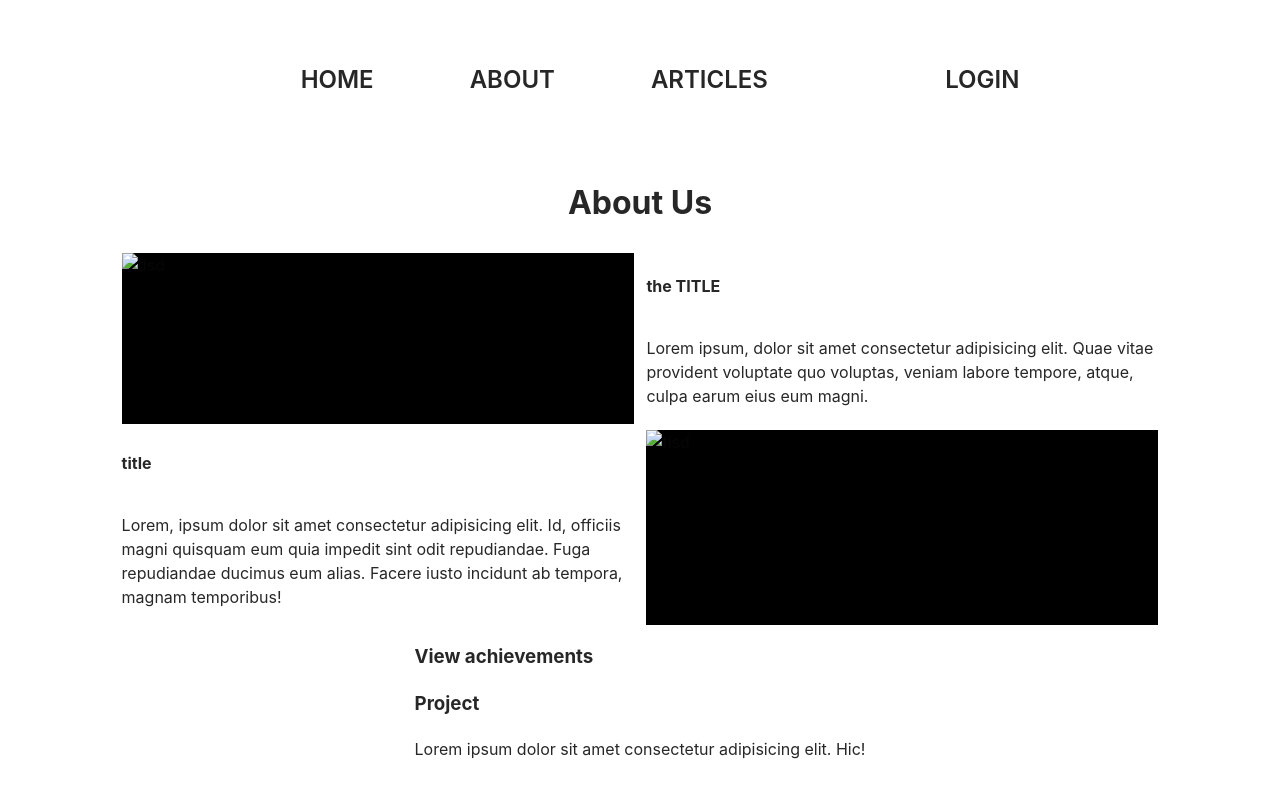
Repository: ValGrace/-static-site
Page: /about (app in client/)
An editor plug-in stored every save of this project. The page is shown before and after the next save, followed by the edit.
The browser window is 1280 px wide. The pictures show the whole page.
The project was rebuilt for these pictures with package versions that can differ from the ones it lists, and the page was loaded fresh each time. Also part of the build but not shown: client/vite.config.js, client/src/Utils/appwrite.js, client/src/Components/Inputs.css, client/src/Components/Login.jsx, client/src/Components/Signup.jsx, client/src/Components/HomeSection.jsx, client/src/Components/TopSection.jsx, client/src/Pages/HomePage.jsx.

Above is the page before, as saved 2023-02-07 13:16:13.

### client/src/main.jsx
import React from 'react'
import ReactDOM from 'react-dom/client'
import App from './App'
import './index.css'
import { BrowserRouter } from 'react-router-dom'
ReactDOM.createRoot(document.getElementById('root')).render(
  <React.StrictMode>
    <BrowserRouter>
    <App />
    </BrowserRouter>
  </React.StrictMode>,
)

### client/src/App.jsx
import PageRouter from './Routing/PageRouter'
import './App.css'

function App() {


  return (
    <div className="App">
      <PageRouter />
    </div>
  )
}

export default App

### client/src/index.css
:root {
  font-family: Inter, system-ui, Avenir, Helvetica, Arial, sans-serif;
  line-height: 1.5;
  font-weight: 400;

  color-scheme: light dark;
  color: rgba(7, 7, 7, 0.87);
  background-color: #ffffff;

  font-synthesis: none;
  text-rendering: optimizeLegibility;
  -webkit-font-smoothing: antialiased;
  -moz-osx-font-smoothing: grayscale;
  -webkit-text-size-adjust: 100%;
}

/* a {
  font-weight: 500;
  color: #646cff;
  text-decoration: inherit;
}
a:hover {
  color: #535bf2;
}

body {
  margin: 0;
  display: flex;
  place-items: center;
  min-width: 320px;
  min-height: 100vh;
}

h1 {
  font-size: 3.2em;
  line-height: 1.1;
}

button {
  border-radius: 8px;
  border: 1px solid transparent;
  padding: 0.6em 1.2em;
  font-size: 1em;
  font-weight: 500;
  font-family: inherit;
  background-color: #1a1a1a;
  cursor: pointer;
  transition: border-color 0.25s;
}
button:hover {
  border-color: #646cff;
}
button:focus,
button:focus-visible {
  outline: 4px auto -webkit-focus-ring-color;
}

@media (prefers-color-scheme: light) {
  :root {
    color: #213547;
    background-color: #ffffff;
  }
  a:hover {
    color: #747bff;
  }
  button {
    background-color: #f9f9f9;
  }
} */

### client/src/Routing/PageRouter.jsx
import Dashboard from "../Pages/Dashboard";
import HomePage from "../Pages/HomePage";
import { Routes, Route} from "react-router-dom"
import AboutPage from "../Pages/aboutPage";
const PageRouter = () => {
    return (
        <Routes>
            <Route path="/" element={<Dashboard />} />
            <Route path="/home" element={<HomePage />} />
            <Route path="/about" element={<AboutPage />} />

        </Routes>
    )
}

export default PageRouter

### client/src/App.css
.App {
  display: flex;
  flex-direction: column;
  justify-content: center;
  align-items: center;
}

### client/src/Pages/Dashboard.jsx
import React, { useReducer} from 'react'
import Login from '../Components/Login'
import Signup from '../Components/Signup'
import "../Components/Inputs.css"
const initialState = {page : <Login />}
function reducer(state, action) {
    switch(action.type) {
        case 'loginpage':
          return { page: <Login />}
        case 'signuppage':
            return { page: <Signup />}
        default:
            return { page: <h2>Loading....</h2>}
    }
}
const Dashboard = () => {
    const [state, dispatch] = useReducer(reducer, initialState)
    return (
        <div className='dashboard'>
         <h2>Static Site Generator</h2>
         <div>Static site Image</div>
         <div className='dash' id='dash'>
            <div className='toggleForms'>
                <button onClick={() => dispatch({type: 'loginpage'})} className="type-btn">Login</button>
                <button onClick={() => dispatch({type: 'signuppage'})} className="type-btn">Signup</button>
                </div>
            <React.Fragment>{state.page}</React.Fragment>

            <button id="auth-btns">Login with Github account</button>
            <button id="auth-btns">Login with Google account</button>
         </div>
       </div>
    )
}

export default Dashboard

### client/src/Pages/aboutPage.jsx
import Navbar from "../Components/Navbar"
import "../Components/InfoPage.css"
const AboutPage = () => {
   return (
    <>
    <Navbar />
    <h2 id="about-page">about us</h2>
    <div className="about-mid">
        <div className="about-info">
        <div className="abt-img">
            <img src="" alt="tisd" />
            </div>
            <div className="abt-pg">
            <h4>the TITLE</h4>
            <p>Lorem ipsum, dolor sit amet consectetur adipisicing elit. Quae vitae provident voluptate quo voluptas, veniam labore tempore, atque, culpa earum eius eum magni.</p>
            </div>
        </div>
        <div className="about-info" id="abt-info">
            <div className="abt-img">
                <img src="" alt="tisd" />
                </div>
            <div className="abt-pg">
            <h4>title</h4>
            <p>Lorem, ipsum dolor sit amet consectetur adipisicing elit. Id, officiis magni quisquam eum quia impedit sint odit repudiandae. Fuga repudiandae ducimus eum alias. Facere iusto incidunt ab tempora, magnam temporibus!</p>
            </div>
        </div>

    </div>
    <div>
        <h3>View achievements</h3>
        <div>
            <h3>Project</h3>
            <p>Lorem ipsum dolor sit amet consectetur adipisicing elit. Hic!</p>
        </div>
    </div>
    </>
   )
}

export default AboutPage

### client/src/Components/Navbar.jsx
import "./Navbar.css"
const Navbar = () => {
    return (
        <nav>
            <ul>
                <li>home</li>
                <li>about</li>
                <li>articles</li>
            </ul>
            <ul>
                <li>Login</li>
            </ul>
        </nav>
    )
}

export default Navbar

### client/src/Components/InfoPage.css
#about-page {
    font-size:2rem;
    text-transform: capitalize;

    width: 80vw;

    text-align: center;
}

.about-mid {
   display: flex;
   gap: 0.4rem;
   flex-wrap: wrap;
   flex-direction: column;
}

.about-info {
    /* width: 25vw; */
    display: flex;
    flex-direction: column;

}

.abt-img {
    background-color: black;
    width: 75vw;

}

@media screen and (min-width: 670px) {
    #abt-info {
        flex-direction: row-reverse;
    }
    .about-info {
        flex-direction: row;
        justify-content: center;
        gap: 0.8em;

    }
    .abt-pg {
        display: flex;
        flex-direction: column;
        width: 40vw;
    }
    .abt-img {
        width: 40vw;
    }
}

### client/src/Components/Navbar.css
nav {
    width: 70vw;
    height: 20vh;
    display: flex;
}

nav > ul{
  display: flex;
  flex-direction: row;
  text-transform: uppercase;
  list-style-type: none;
  justify-content: center;
  align-items: center;
  gap: 4em;
  font-weight: 600;
  font-size: 1.5rem;
  flex-grow: 1;
}

#top-text {
    width: 80vw;
}

#top-text > h2 {
    font-size: 4.5rem;
    text-transform: capitalize;
    margin: 0;
    /* float: left; */
}

#top-text > p {
    float: right;

}

.head-section {
    display: flex;
    width: 80vw;
    gap: 0.5em;
    flex-wrap: wrap;
}

.head-img {
    background-color: rgb(1, 51, 51);
    width: 50%;
    border-radius: 0.9em;
    height: 30vh;
}

.side-section {
    display: flex;
    flex-direction: row;
    gap: 0.3rem;
    width: 40%;
}

.side-img {
    background-color: black;
    width: 5rem;
    height: 4rem;
    border-radius: 50%;
}

.side-blogs > h4, .side-blogs > p {
    margin: 0;
}

.site-descr {
    width: 80vw;
    background-color: rgba(1, 1, 12, 0.979);
    color: rgba(255, 255, 255, 0.767);
    border-radius: 9px;
    margin-top: 0.9rem;
    display: flex;
    /* gap: 0.4rem; */
    padding: 0.4rem;
    height: 25vh;
    margin-bottom: 3em;
}

.site-descr > p {
    width: 75%;
}
.site-sep {
    width: 0.1rem;
    height: 90%;
    background-color: azure;
    margin-right: 0.7rem;
}


.value-section {
   width: 80vw;
    display: flex;
    gap: 0.3rem;
    flex-wrap: wrap;
}

.single-value {
    border: 0.9px solid rgba(0, 0, 0, 0.87);
    padding: 0.8em;
    width: 20rem;
}

Loaded but not shown: client/index.html (common file)

After the next save:
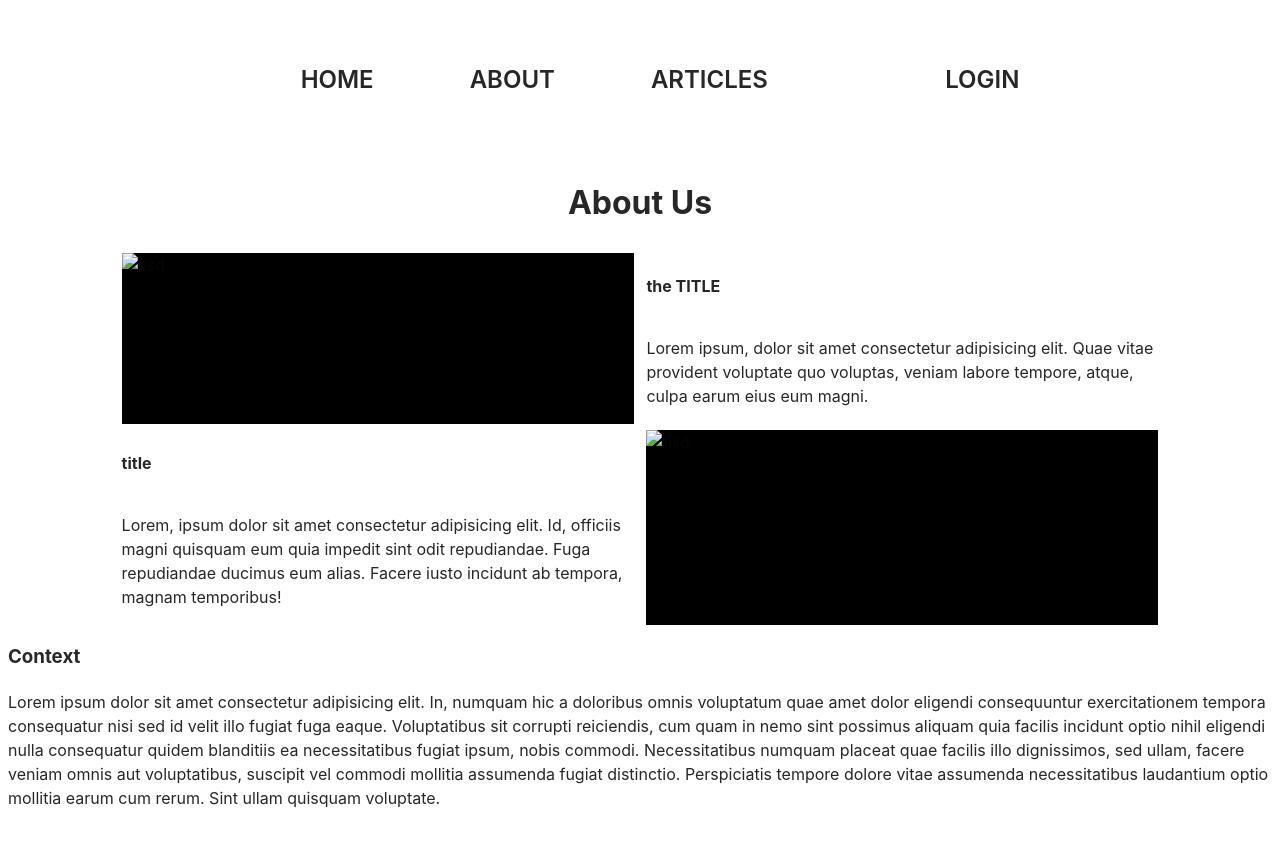
Saved 5 min 40 s later.
--- a/client/src/Pages/aboutPage.jsx
+++ b/client/src/Pages/aboutPage.jsx
@@ -27,10 +27,12 @@ const AboutPage = () => {
 
     </div>
     <div>
-        <h3>View achievements</h3>
+        <h3>Context</h3>
         <div>
-            <h3>Project</h3>
-            <p>Lorem ipsum dolor sit amet consectetur adipisicing elit. Hic!</p>
+            <p>Lorem ipsum dolor sit amet consectetur adipisicing elit. In, numquam hic a doloribus omnis voluptatum quae amet dolor eligendi consequuntur exercitationem tempora consequatur nisi sed id velit illo fugiat fuga eaque. Voluptatibus sit corrupti reiciendis, cum quam in nemo sint possimus aliquam quia facilis incidunt optio nihil eligendi nulla consequatur quidem blanditiis ea necessitatibus fugiat ipsum, nobis commodi. Necessitatibus numquam placeat quae facilis illo dignissimos, sed ullam, facere veniam omnis aut voluptatibus, suscipit vel commodi mollitia assumenda fugiat distinctio. Perspiciatis tempore dolore vitae assumenda necessitatibus laudantium optio mollitia earum cum rerum. Sint ullam quisquam voluptate.</p>
+            <div>
+                <img src="" alt="" />
+            </div>
         </div>
     </div>
     </>
